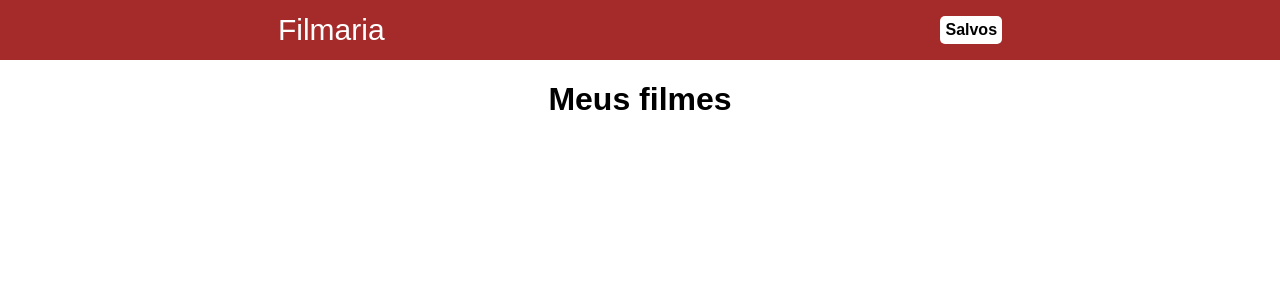
Repository: joaoaspimienta/Projeto-Filmaria
Page: /favoritos
These files come from the project's save history. The page is drawn as it stood at one moment and after the next save; the edit follows.
The browser window is 1280 px wide. The pictures show the whole page.
The project was rebuilt for these pictures with package versions that can differ from the ones it lists, and the page was loaded fresh each time. Also part of the build but not shown: src/pages/Home/home.css, src/services/api.js, src/pages/Home/index.js, src/pages/Filme/filme-info.css, src/pages/Filme/index.js.

Above is the page before, as saved 2022-04-15 20:23:35.

### src/App.js
//https://sujeitoprogramador.com/r-api/?api=filmes/

import './styles.css'
import Routes from './routes'

export default function App() {
  return (
    <div className="app">
      <Routes/>
    </div>
  );
}

### src/styles.css
body {
  margin: 0;
  padding: 0;
  box-sizing: border-box;
  font-family: sans-serif;
}

.app {
  display: flex;
  width: 100%;
  justify-content: center;
  align-items: center;
  flex-direction: column;
}

### src/routes.js
import { BrowserRouter, Switch, Route } from "react-router-dom"

import Home from "./pages/Home"
import Header from "./components/Header"
import Filme from "./pages/Filme"
import Favoritos from './pages/favoritos'

const Routes = () => {
  return(
    <BrowserRouter>
      <Header/>
      <Switch>
        <Route exact path="/" component={Home} />
        <Route exact path="/filme/:id" component={Filme} />
        <Route exact path="/favoritos" component={Favoritos} />
      </Switch>
    </BrowserRouter>
  )
}

export default Routes;

### src/components/Header/index.js
import './header.css'
import { Link } from  'react-router-dom';

export default function Header(){
  return(
    <header>
      <Link className="logo" to='/'>Filmaria</Link>
      <Link className="favoritos" to='/favoritos'>Salvos</Link>
    </header>
  )
}

### src/pages/favoritos/index.js
import { useEffect, useState } from "react"
import { Link } from "react-router-dom"
import './favoritos.css';

export default function Favoritos(){
  const [filmes, setFilmes] = useState([])

  useEffect(()=>{
    const minhaLista = localStorage.getItem('filmes')
    setFilmes(JSON.parse(minhaLista) || [])
  }, [])

  function handleDelete(id){
    let filtroFilmes = filmes.filter((item)=> {
      return (item.id !== id)
    })

    setFilmes(filtroFilmes)
    localStorage.setItem('filmes', JSON.stringify(filtroFilmes))
  }

  return(
    <div id="meus-filmes">
      <h1>Meus filmes</h1>

      <ul>
        {filmes.map((item)=>{
          return(
            <li key={item.id}>
              <span>{item.nome}</span>

              <div>
                <Link to={`/filme/${item.id}`}>Ver detalhes</Link>
                <button onClick={()=>{handleDelete(item.id)}}>Excluir</button>
              </div>
            </li>
          )
        })}
      </ul>
    </div>
  )
}

### src/components/Header/header.css
header {
  display: flex;
  align-items: center;
  justify-content: space-around;
  width: 100%;
  height: 60px;
  background-color: brown;
}

.logo {
  text-decoration: none;
  font-size: 30px;
  color: white;
  cursor: pointer;
}

.favoritos {
  text-decoration: none;
  background-color: white;
  cursor: pointer;
  padding: 5px;
  font-weight: bold;
  color: black;
  border-radius: 5px;
}

### src/pages/favoritos/favoritos.css
#meus-filmes{
  display: flex;
  width: 100%;
  flex-direction: column;
  justify-content: center;
  align-items: center;
}

ul{
  padding: 0;
}

ul li{
  padding: 0;
  list-style: none;
  min-width: 600px;
  display: flex;
  align-items: center;
  justify-content: space-between;
  margin-bottom: 10px;
}

span{
  font-size: 23px;
}

button{
  margin-left: 10px;
}

ul li div a{
  text-decoration: none;
  color: brown;
}

Loaded but not shown: public/index.html (common file); src/index.js (common file)

After the next save:
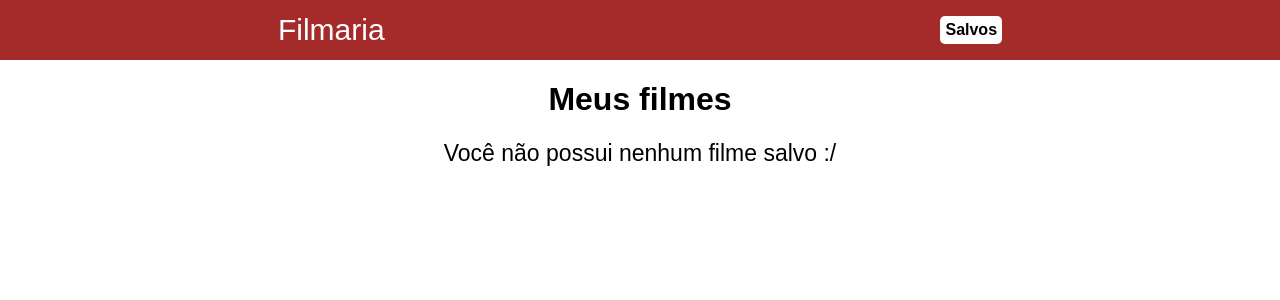
Saved 7 min 54 s later.
--- a/src/pages/favoritos/index.js
+++ b/src/pages/favoritos/index.js
@@ -23,6 +23,8 @@ export default function Favoritos(){
     <div id="meus-filmes">
       <h1>Meus filmes</h1>
 
+      {filmes.length === 0 && <span>Você não possui nenhum filme salvo :/</span>}
+
       <ul>
         {filmes.map((item)=>{
           return(
